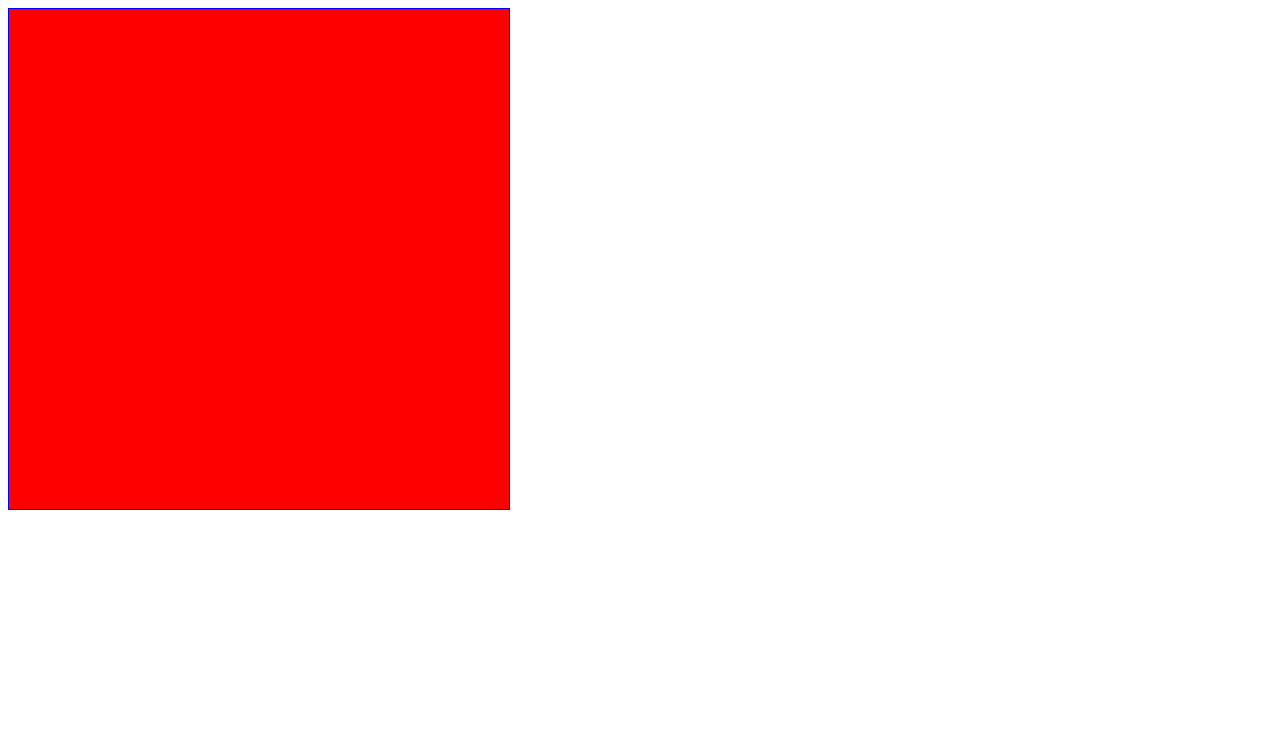
Repository: piyushiso/piyushiso.github.io
Page: random/daynight/index.html
The author's editor kept a copy of each file at every save. The page is drawn from the files as they stood at one save, then again after a run of saves.
The browser window is 1280 px wide. The page is 1288 px wide, so the pictures cover 1288 px, including what lies to the right of the window. The pictures show the whole page.

Above is the page before, as saved 2022-05-23 15:59:24.

### random/daynight/index.html
<html lang="en">
<head>
    <meta charset="UTF-8">
    <meta http-equiv="X-UA-Compatible" content="IE=edge">
    <meta name="viewport" content="width=device-width, initial-scale=1.0">
    <link href="styles/style.css" rel="stylesheet" />
    <title>Document</title>
</head>
<body>
    <div>

    </div>
</body>
</html>

### random/daynight/styles/style.css
body{
    height: 100%;
    width: 100%;
}

body div{
    background: red;
    height: 500px;
    width: 500px;
    border: solid thin blue;
    position:absolute;
}

After the next 4 saves:
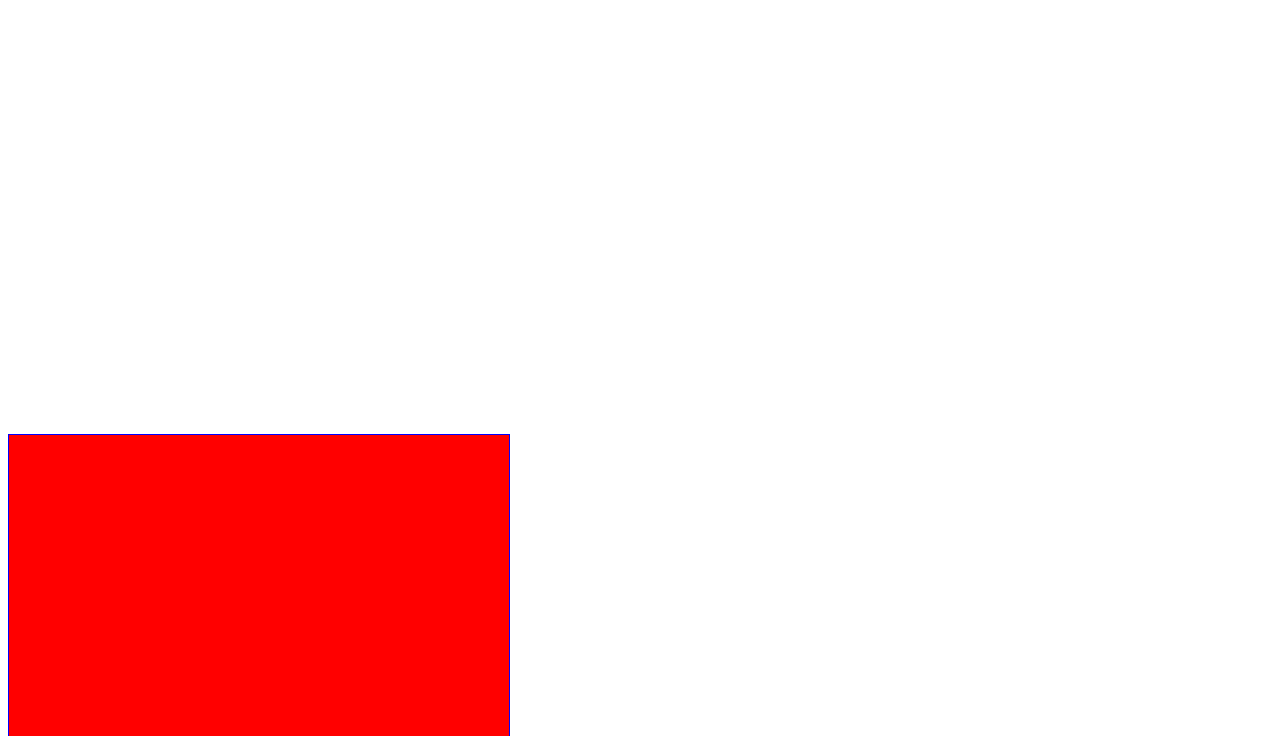
The 4 saves are shown as one change because they came seconds apart.
The last was saved 11 s later.
--- a/random/daynight/styles/style.css
+++ b/random/daynight/styles/style.css
@@ -8,5 +8,6 @@
     height: 500px;
     width: 500px;
     border: solid thin blue;
-    position:absolute;
+    position: absolute;
+    bottom: -30%;
 }
